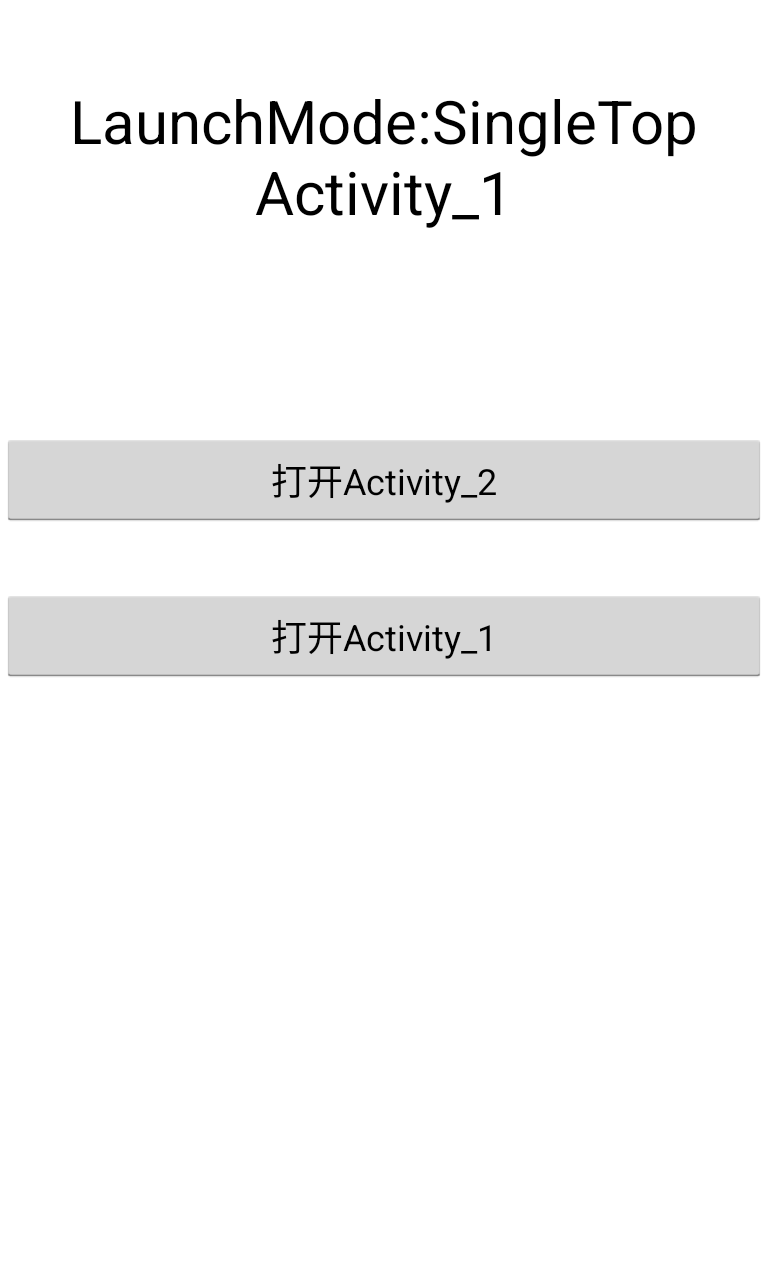
Repository: CiLiNet-Android/courseware
Layout: Android基本组件/Activity/SourceCodes/TaskStackDemo/res/layout/launchmode_singletask_activity_1.xml
These files come from the project's save history. The layout is drawn as it stood at one moment and after the next save; the edit follows.
It is drawn on a 768 x 1280 px phone screen (xhdpi) without system bars, with theme AppTheme; the app's code is not run.

Above is the layout before, as saved 2013-11-23 12:13:19.

### Android基本组件/Activity/SourceCodes/TaskStackDemo/res/layout/launchmode_singletask_activity_1.xml
<?xml version="1.0" encoding="utf-8"?>
<LinearLayout xmlns:android="http://schemas.android.com/apk/res/android"
    android:layout_width="match_parent"
    android:layout_height="match_parent"
    android:orientation="vertical" >

    <TextView
        android:layout_width="match_parent"
        android:layout_height="wrap_content"
        android:layout_marginTop="40dp"
        android:text="@string/launchMode_singleTask_activity_1"
        android:textColor="#000"
        android:textSize="30sp"
        android:gravity="center"/>

    <Button
        android:layout_width="match_parent"
        android:layout_height="wrap_content"
        android:layout_marginTop="100dp"
        android:text="@string/launchMode_singleTop_start_activity_2"
        android:id="@+id/btn_launchMode_singleTop_startActivity_2"/>

    <Button
        android:layout_width="match_parent"
        android:layout_height="wrap_content"
        android:layout_marginTop="30dp"
        android:text="@string/launchMode_singleTop_start_activity_1"
        android:id="@+id/btn_launchMode_singleTop_startActivity_1_1"/>

</LinearLayout>

### Android基本组件/Activity/SourceCodes/TaskStackDemo/res/values/strings.xml
<resources>

    <string name="app_name">TaskStackDemo</string>

    <string name="activity_1">Activity_1</string>
    <string name="start_activity_2">打开Activity_2</string>

    <string name="activity_2">Activity_2</string>
    <string name="start_activity_3">打开Activity_3</string>

    <string name="activity_3">Activity_3</string>
    <string name="finish_activity_3">关闭Activity_3</string>

    <string name="start_dailActivity">打开拨号Activity</string>

    <string name="launchMode_singleTop_activity_1">LaunchMode:SingleTop Activity_1</string>
	<string name="launchMode_singleTop_start_activity_2">打开Activity_2</string>
	<string name="launchMode_singleTop_activity_2">LaunchMode:SingleTop Activity_2</string>
	<string name="launchMode_singleTop_start_activity_1">打开Activity_1</string>

	<string name="launchMode_singleTask_activity_1">LaunchMode:SingleTop Activity_1</string>
	<string name="launchMode_singleTask_start_activity_2">打开Activity_2</string>
	<string name="launchMode_singleTask_activity_2">LaunchMode:SingleTop Activity_2</string>
	<string name="launchMode_singleTask_start_activity_1">打开Activity_1</string>

</resources>

Loaded but not shown: Android基本组件/Activity/SourceCodes/TaskStackDemo/res/values/styles.xml (common file); Android基本组件/Activity/SourceCodes/TaskStackDemo/res/values-v11/styles.xml (common file); Android基本组件/Activity/SourceCodes/TaskStackDemo/res/values-v14/styles.xml (common file)

After the next save:
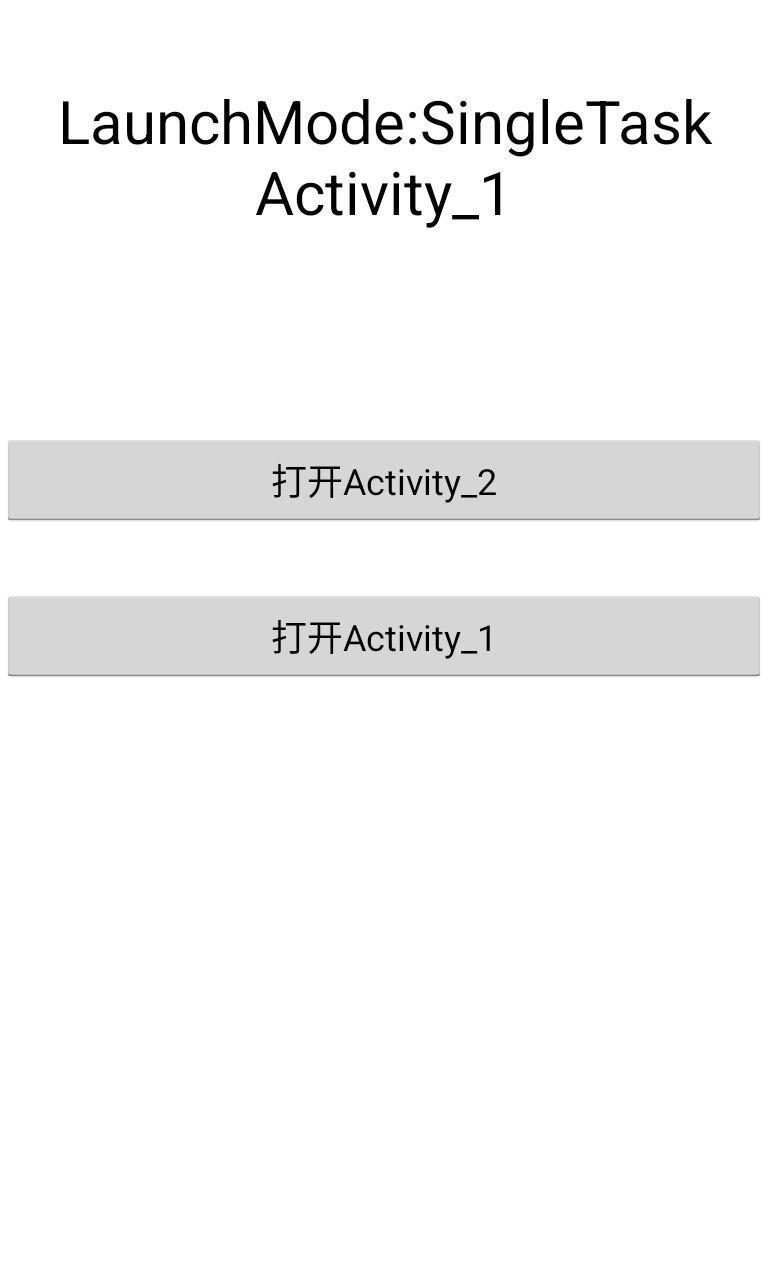
Saved 8 s later.
--- a/Android基本组件/Activity/SourceCodes/TaskStackDemo/res/values/strings.xml
+++ b/Android基本组件/Activity/SourceCodes/TaskStackDemo/res/values/strings.xml
@@ -18,7 +18,7 @@
 	<string name="launchMode_singleTop_activity_2">LaunchMode:SingleTop Activity_2</string>
 	<string name="launchMode_singleTop_start_activity_1">打开Activity_1</string>
 
-	<string name="launchMode_singleTask_activity_1">LaunchMode:SingleTop Activity_1</string>
+	<string name="launchMode_singleTask_activity_1">LaunchMode:SingleTask Activity_1</string>
 	<string name="launchMode_singleTask_start_activity_2">打开Activity_2</string>
 	<string name="launchMode_singleTask_activity_2">LaunchMode:SingleTop Activity_2</string>
 	<string name="launchMode_singleTask_start_activity_1">打开Activity_1</string>
